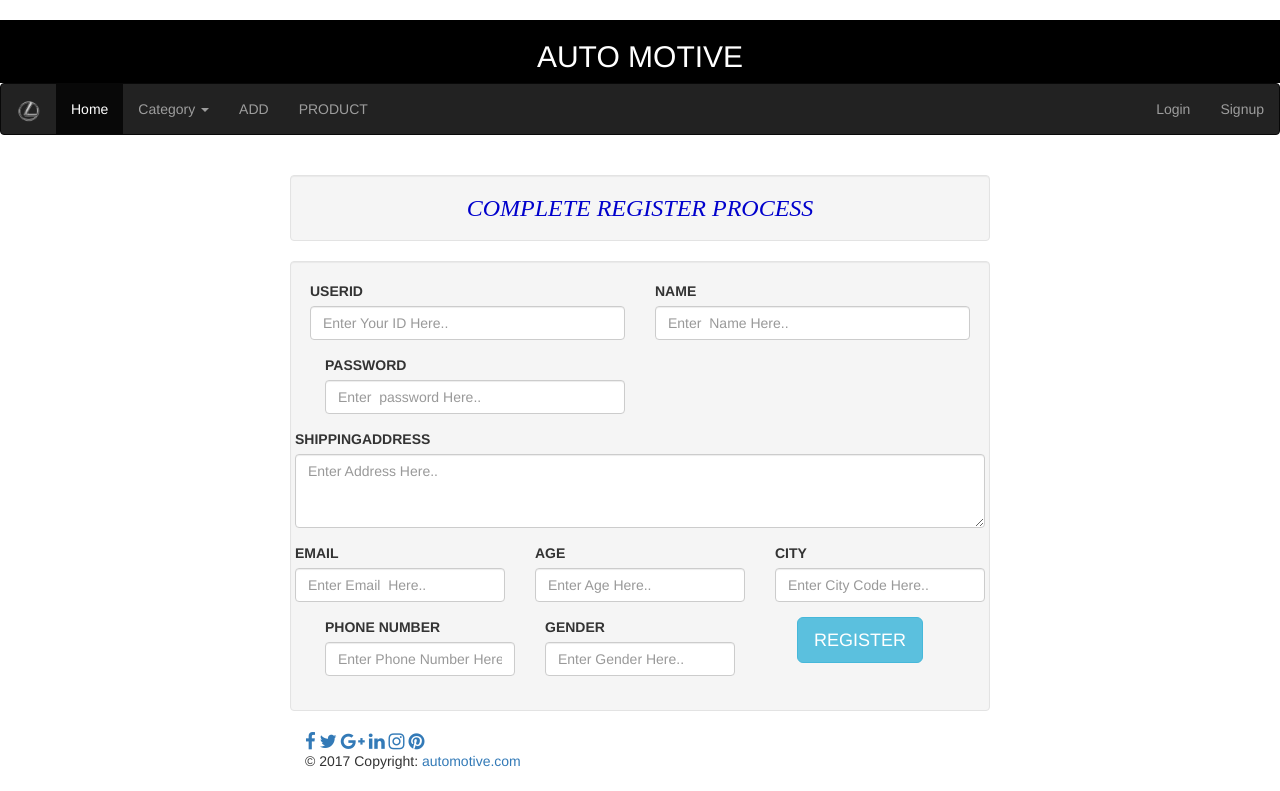
Repository: kavintech/DTProject
Page: http://localhost/Ecommerce_frontend/WEB-INF/views/registerpage.jsp
These files come from the project's save history. The page is drawn as it stood at one moment and after the next save; the edit follows.
The browser window is 1280 px wide. The pictures show the whole page.
Some web libraries are served in a nearby version. The page is served by Tomcat 9. Nobody is signed in. The template is opened directly, without the code that normally fills it, so the values that code supplies are empty.

Above is the page before, as saved 2017-11-27 07:23:50.

After the next save:
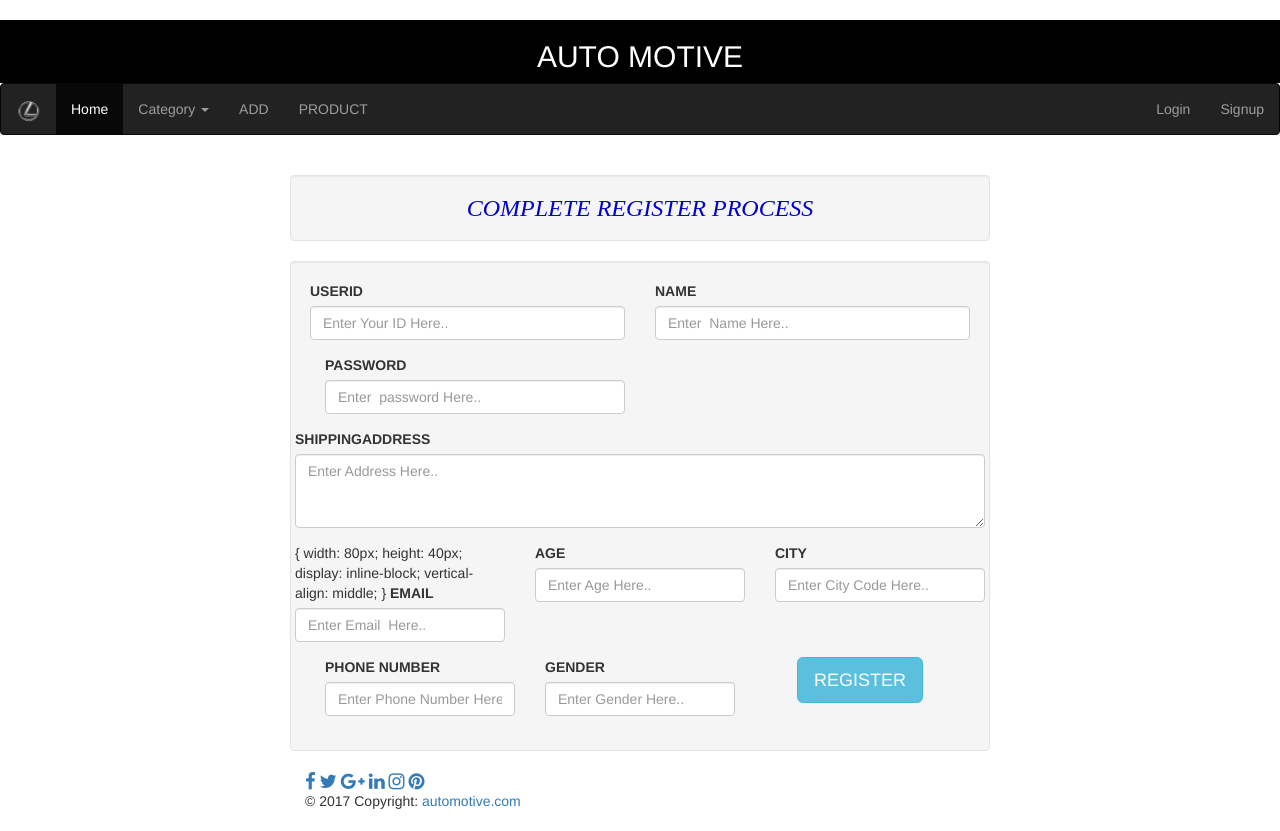
Saved 43 s later.
--- a/Ecommerce_frontend/src/main/webapp/WEB-INF/views/registerpage.jsp
+++ b/Ecommerce_frontend/src/main/webapp/WEB-INF/views/registerpage.jsp
@@ -49,6 +49,12 @@
 						</div>
 						<div class="row">
 							<div class="col-sm-4 form-group">
+							 {
+    width: 80px;
+    height: 40px;
+    display: inline-block;
+    vertical-align: middle;
+}
 								<label>EMAIL</label>
 								<input type="text" placeholder="Enter Email  Here.." class="form-control" pattern="[a-z0-9._%+-]+@[a-z0-9.-]+\.[a-z]{2,4}$" required name="usermail">
 							</div>

After the save that followed:
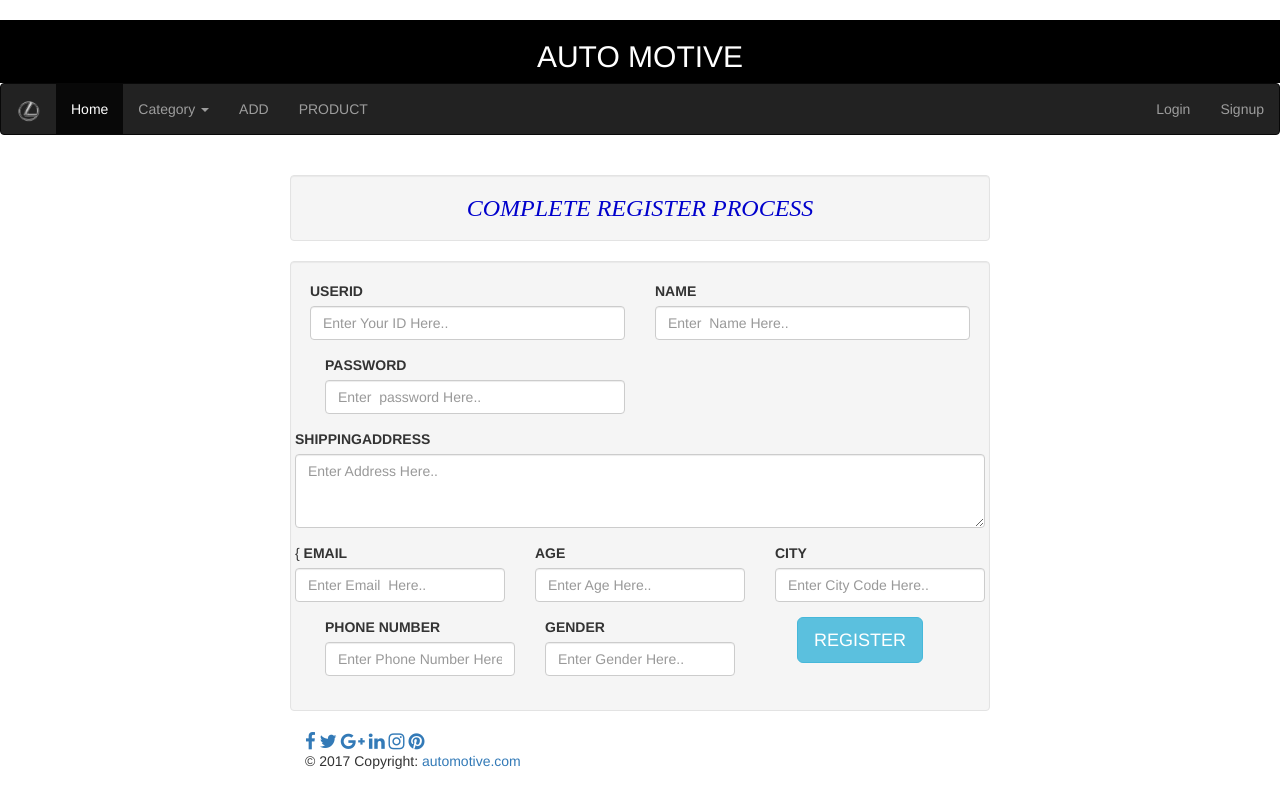
Saved 26 s later.
--- a/Ecommerce_frontend/src/main/webapp/WEB-INF/views/registerpage.jsp
+++ b/Ecommerce_frontend/src/main/webapp/WEB-INF/views/registerpage.jsp
@@ -50,11 +50,6 @@
 						<div class="row">
 							<div class="col-sm-4 form-group">
 							 {
-    width: 80px;
-    height: 40px;
-    display: inline-block;
-    vertical-align: middle;
-}
 								<label>EMAIL</label>
 								<input type="text" placeholder="Enter Email  Here.." class="form-control" pattern="[a-z0-9._%+-]+@[a-z0-9.-]+\.[a-z]{2,4}$" required name="usermail">
 							</div>
